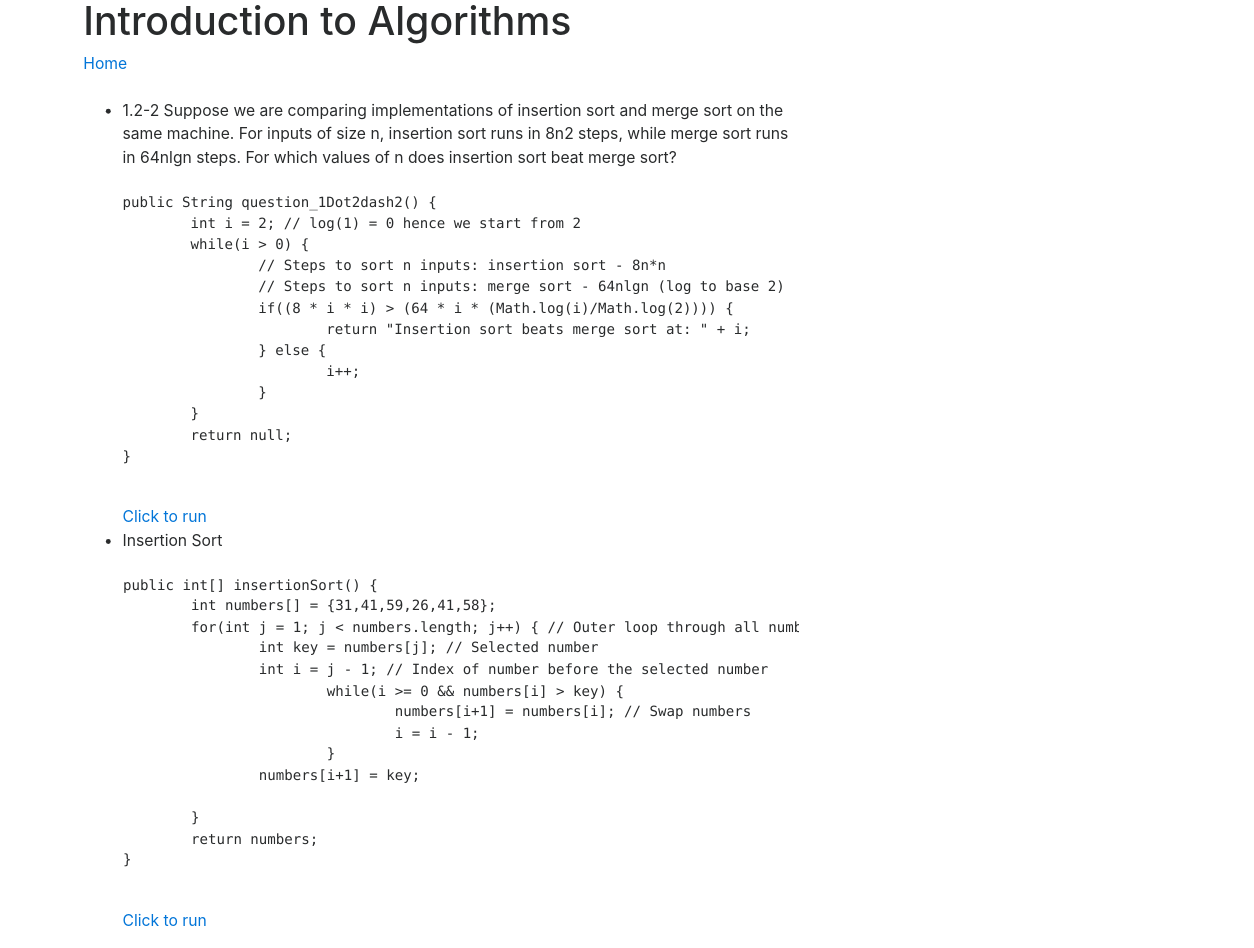
Repository: baltejas/algorithms
Page: http://localhost/algorithms/WEB-INF/views/index.jsp
An editor plug-in stored every save of this project. The page is shown before and after the next save, followed by the edit.
The browser window is 1280 px wide. The pictures show the whole page, at 98% of full size.
The page is served by Tomcat 9. Nobody is signed in. The template is opened directly, without the code that normally fills it, so the values that code supplies are empty.

Above is the page before, as saved 2017-05-07 00:21:40.

After the next save:
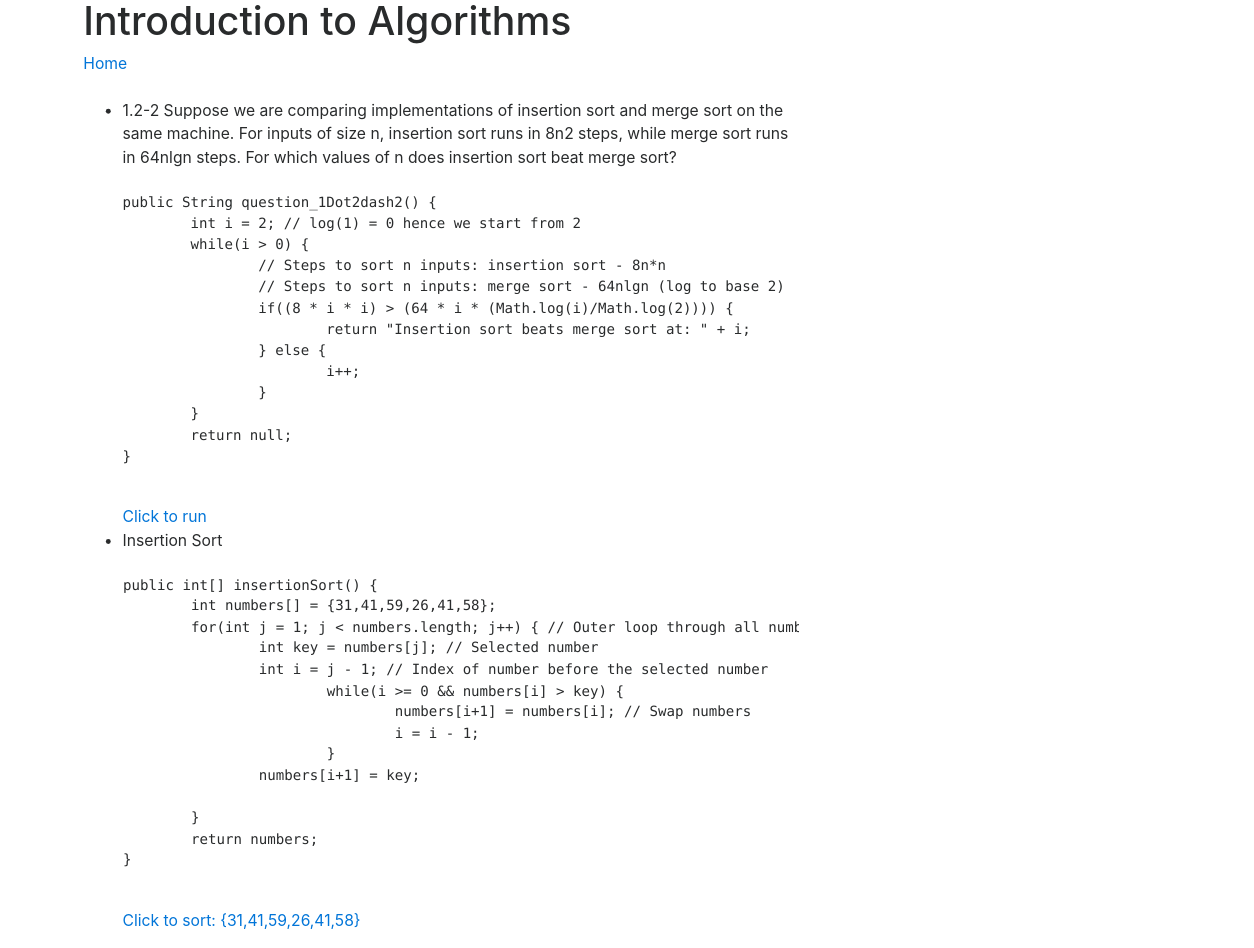
Saved 17 s later.
--- a/algorithms/src/main/webapp/WEB-INF/views/index.jsp
+++ b/algorithms/src/main/webapp/WEB-INF/views/index.jsp
@@ -48,7 +48,7 @@ public int[] insertionSort() {
 	return numbers;
 }
 								</pre>
-						<a href="/algorithms/insertionSort">Click to run</a>
+						<a href="/algorithms/insertionSort">Click to sort: {31,41,59,26,41,58}</a>
 						<label>${answer}</label>
 						</li>
 
